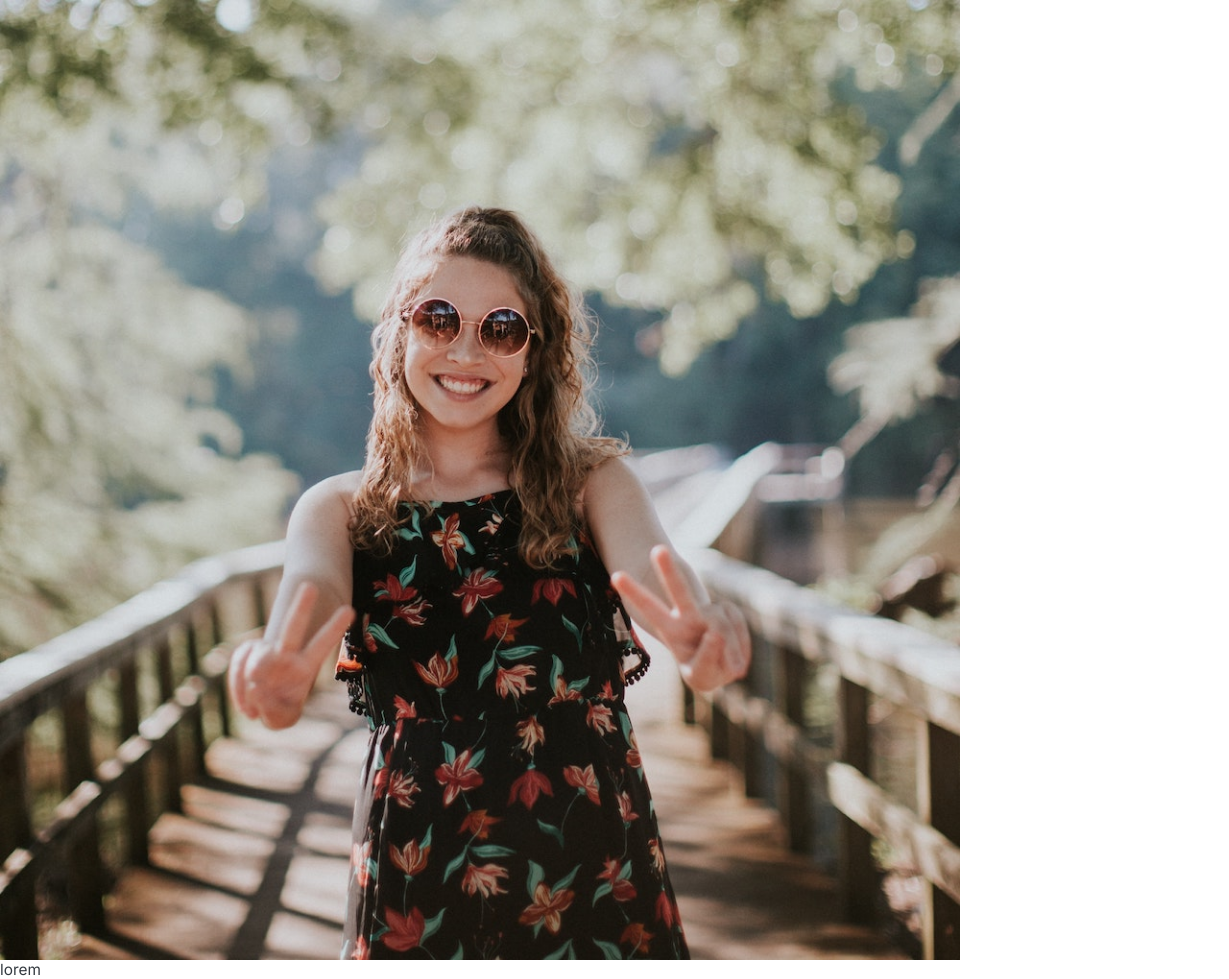
Repository: sunny070/CSS
Page: HTML and CSS some of the important components/02_Carousel.html
An editor plug-in stored every save of this project. The page is shown before and after the next save, followed by the edit.
The browser window is 1280 px wide. The pictures show the whole page, at 96% of full size.

Above is the page before, as saved 2023-11-14 10:59:32.

### HTML and CSS some of the important components/02_Carousel.html
<!DOCTYPE html>
<html lang="en">
  <head>
    <meta charset="UTF-8" />
    <meta name="viewport" content="width=device-width, initial-scale=1.0" />
    <title>Carousel Components</title>
    <link
      href="https://fonts.googleapis.com/css2?family=Inter:wght@400;500;700&display=swap"
      rel="stylesheet"
    />
    <style>
      /*
    SPACING SYSTEM (px)
    2 / 4 / 8 / 12 / 16 / 24 / 32 / 48 / 64 / 80 / 96 / 128

    FONT SIZE SYSTEM (px)
    10 / 12 / 14 / 16 / 18 / 20 / 24 / 30 / 36 / 44 / 52 / 62 / 74 / 86 / 98
    */

      /*
    MAIN COLOR: #087f5b
    GREY COLOR: #343a40
    */

      * {
        margin: 0;
        padding: 0;
        box-sizing: border-box;
      }

      /* ------------------------ */
      /* GENERAL STYLES */
      /* ------------------------ */
      body {
        font-family: "Inter", sans-serif;
        color: #343a40;
        line-height:1;
      }

    </style>
  </head>
  <body>

    <div class="carousel">
      <img src="./maria.jpg" alt="Maria de Almeida">
      <blockquote class="testimonial">
        <p class="testimonial-text">
          lorem
        </p>
      </blockquote>
    </div>

<!-- <script>

</script> -->
  </body>
</html>

After the next save:
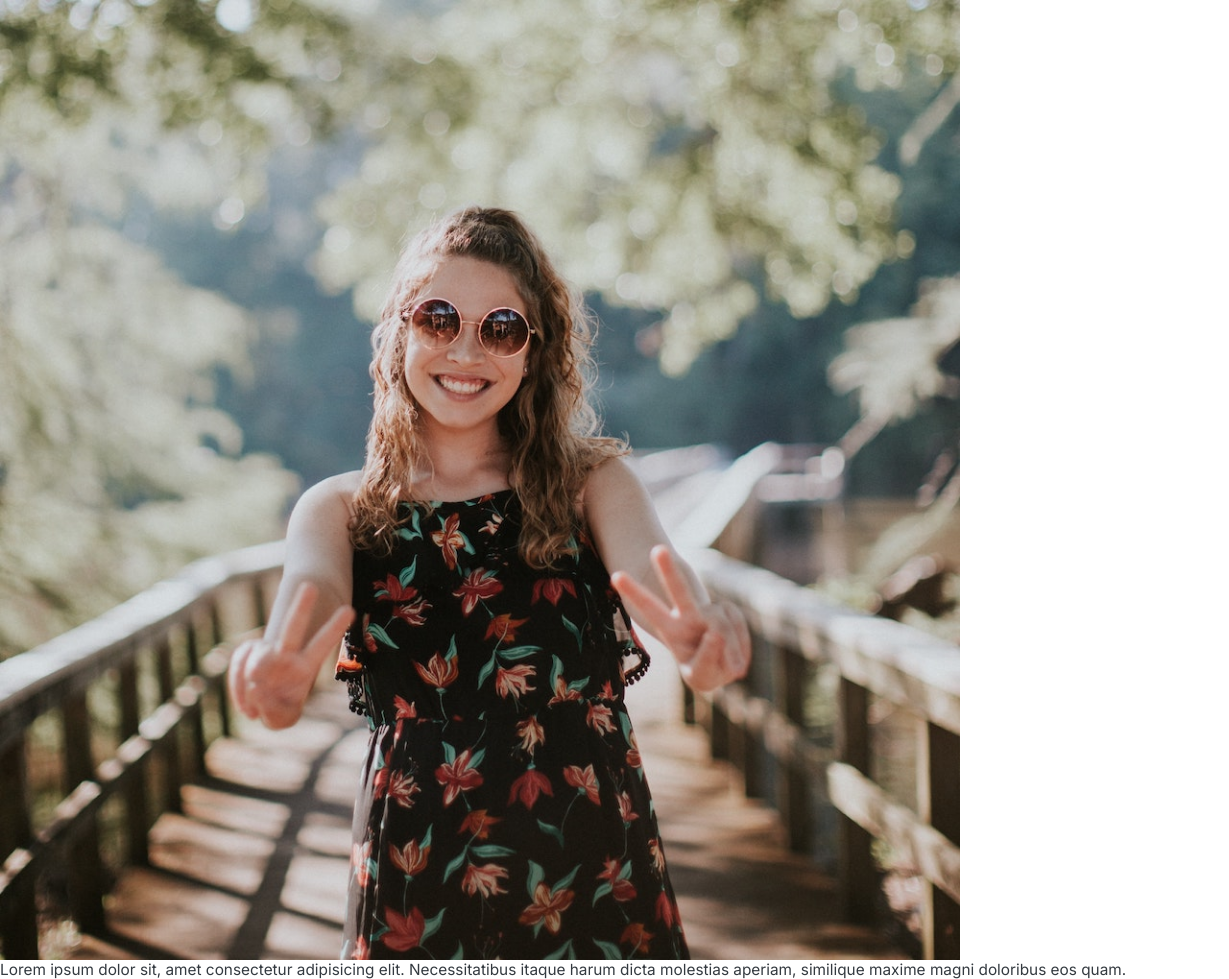
Saved 4 s later.
--- a/HTML and CSS some of the important components/02_Carousel.html
+++ b/HTML and CSS some of the important components/02_Carousel.html
@@ -45,7 +45,7 @@
       <img src="./maria.jpg" alt="Maria de Almeida">
       <blockquote class="testimonial">
         <p class="testimonial-text">
-          lorem
+          Lorem ipsum dolor sit, amet consectetur adipisicing elit. Necessitatibus itaque harum dicta molestias aperiam, similique maxime magni doloribus eos quam.
         </p>
       </blockquote>
     </div>
